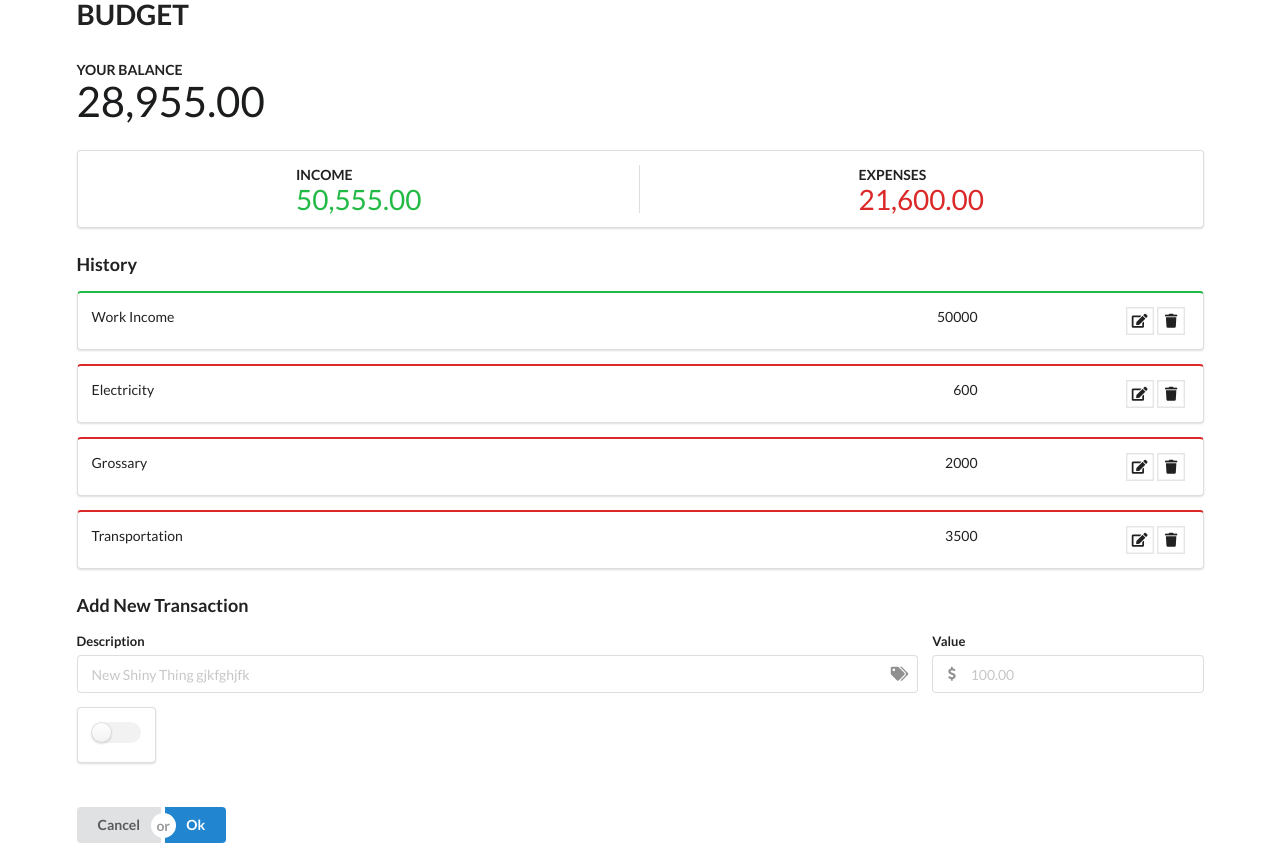
Repository: farrdy/budgets-react
Page: /
These files come from the project's save history. The page is drawn as it stood at one moment and after the next save; the edit follows.
The browser window is 1280 px wide. The pictures show the whole page.
The project was rebuilt for these pictures with package versions that can differ from the ones it lists, and the page was loaded fresh each time.

Above is the page before, as saved 2022-03-20 15:35:17.

### src/App.js
import {Container, Header } from 'semantic-ui-react';
import MainHeader from './components/MainHeader';
import NewEntryForm from './components/NewEntryForm';
import DisplayBalance from './components/DisplayBalance'
import DisplayBalances from './components/DisplayBalances';
import { useState } from 'react';
import EntryLines from './components/EntryLines';

function App() {

 const [entries, setEntries]=useState(initialEntries)

 function deleteEntry(id) {
  const result=entries.filter(entry=>entry.id!==id)
  setEntries(result);
}
function addEntry(Description, Value){
  const result=  entries.concat({id: entries.length+1,
     Description:Description,
     Value:Value});

      console.log(`result`, result);
      console.log(`entries`, entries);
     setEntries(result);
}
  return (
    <Container>
      <MainHeader />
      <DisplayBalance title="Your Balance" Value="28,955.00" Color="black" size="small" />
      <DisplayBalances/>
      <Header as='h3'>History</Header>
      <EntryLines entries={entries} deleteEntry={deleteEntry}/>
      <Header as='h3'>
        Add New Transaction
      </Header>
      <NewEntryForm addEntry={addEntry} />
    </Container>
  );
}

export default App;

var initialEntries=[
  {
    id:1,
    Description:'Work Income',
    Value:"50000" ,
    isExpense:false
  },
  {
    id:2,
    Description:'Electricity',
    Value:"600" ,
    isExpense:true
  },
  {
    id:3,
    Description:'Grossary',
    Value:"2000" ,
    isExpense:true
  },
  {
    id:4,
    Description:'Transportation',
    Value:"3500" ,
    isExpense:true
  }
]

### src/components/MainHeader.js
import React from 'react';
import { Header } from 'semantic-ui-react';

function MainHeader(props) {
    return <Header as='h1'>BUDGET</Header>
}

export default MainHeader;

### src/components/NewEntryForm.js
import React, { useState } from 'react';
import { Checkbox, Form, Segment } from 'semantic-ui-react';
import ButtonSaveOrCancel from './ButtonSaveOrCancel';

function NewEntryForm({addEntry}) {
const [Description, setDescription] = useState('');
const [Value, setValue] = useState('');
const [isExpense, setIsExpense] = useState(false)

    return (

        <Form unstackable >
            <Form.Group>
                <Form.Input
                    icon='tags'
                    width={12}
                    label='Description'
                    placeholder='New Shiny Thing gjkfghjfk'
                    value={Description}
                    onChange={(event)=>setDescription(event.target.value)}
                />
                <Form.Input
                    icon='dollar'
                    width={4}
                    label='Value'
                    iconPosition='left'
                    placeholder='100.00'
                    value={Value}
                    onChange={(event)=>setValue(event.target.value)}
                />
            </Form.Group>
            <Segment compact>
                <Checkbox toggle value='is expense'/>
            </Segment>
            <ButtonSaveOrCancel addEntry={addEntry}  Description={Description} Value={Value}/>

        </Form>

    );
}

export default NewEntryForm;

### src/components/DisplayBalance.js
import React from 'react';
import { Statistic } from 'semantic-ui-react'

function DisplayBalance({ title, Value, Color = "black", size = 'tiny' }) {
    return (
        <Statistic size={size} color={Color}>
            <Statistic.Label style={{ textAlign: 'left' }}>
                {title}
            </Statistic.Label>
            <Statistic.Value>
                {Value}
            </Statistic.Value>

        </Statistic>
    );
}

export default DisplayBalance;

### src/components/DisplayBalances.js
import React from 'react';
import { Grid, Segment } from 'semantic-ui-react';
import DisplayBalance from './DisplayBalance';

const DisplayBalances = () => {
    return (
        <Segment textAlign='center'>
        <Grid columns={2} divided>
          <Grid.Row>
            <Grid.Column>
              <DisplayBalance title="Income" Value="50,555.00" Color="green" />
            </Grid.Column>
            <Grid.Column>
              <DisplayBalance title="Expenses" Value="21,600.00" Color="red" /></Grid.Column>
          </Grid.Row>
        </Grid>
      </Segment>
    );
};

export default DisplayBalances;

### src/components/EntryLines.js
import React from 'react';
import { Container } from 'semantic-ui-react';
import EntryLine from './EntryLine';

const EntryLines = ({entries, deleteEntry}) => {
    return (
      <Container>
            {entries.map((entry)=>
            <EntryLine
                key={entry.id}
               {...entry}
               deleteEntry= {deleteEntry}

            />
            )}
      </Container>
    );
};

export default EntryLines;

### src/components/ButtonSaveOrCancel.js
import React from 'react';
import { Button } from 'semantic-ui-react';

function ButtonSaveOrCancel({addEntry, Description, Value}) {
    return (
        <Button.Group style={{ marginTop: 30 }}>
            <Button>Cancel</Button>
            <Button.Or></Button.Or>
            <Button primary onClick={()=>addEntry(Description, Value)}>Ok</Button>
        </Button.Group>
    );
}

export default ButtonSaveOrCancel;

### src/components/EntryLine.js
import React from 'react';
import { Grid, Icon, Segment } from 'semantic-ui-react';

const EntryLine = ({id, Description, Value, isExpense=false, deleteEntry}) => {
    return (
        <Segment color={isExpense? 'red':'green'}>
        <Grid columns={3} textAlign='right'>
          <Grid.Row>
            <Grid.Column width={10} textAlign='left'>{Description}</Grid.Column>
            <Grid.Column width={3} textAlign='right'>{Value}</Grid.Column>
            <Grid.Column width={3}>
              <Icon name='edit' bordered />
              <Icon name='trash' bordered onClick={()=>deleteEntry(id)} />
            </Grid.Column>
          </Grid.Row>
        </Grid>
      </Segment>
    );
};

export default EntryLine;

Loaded but not shown: public/index.html (common file); src/index.js (common file); src/index.css (common file); src/reportWebVitals.js (common file)

After the next save:
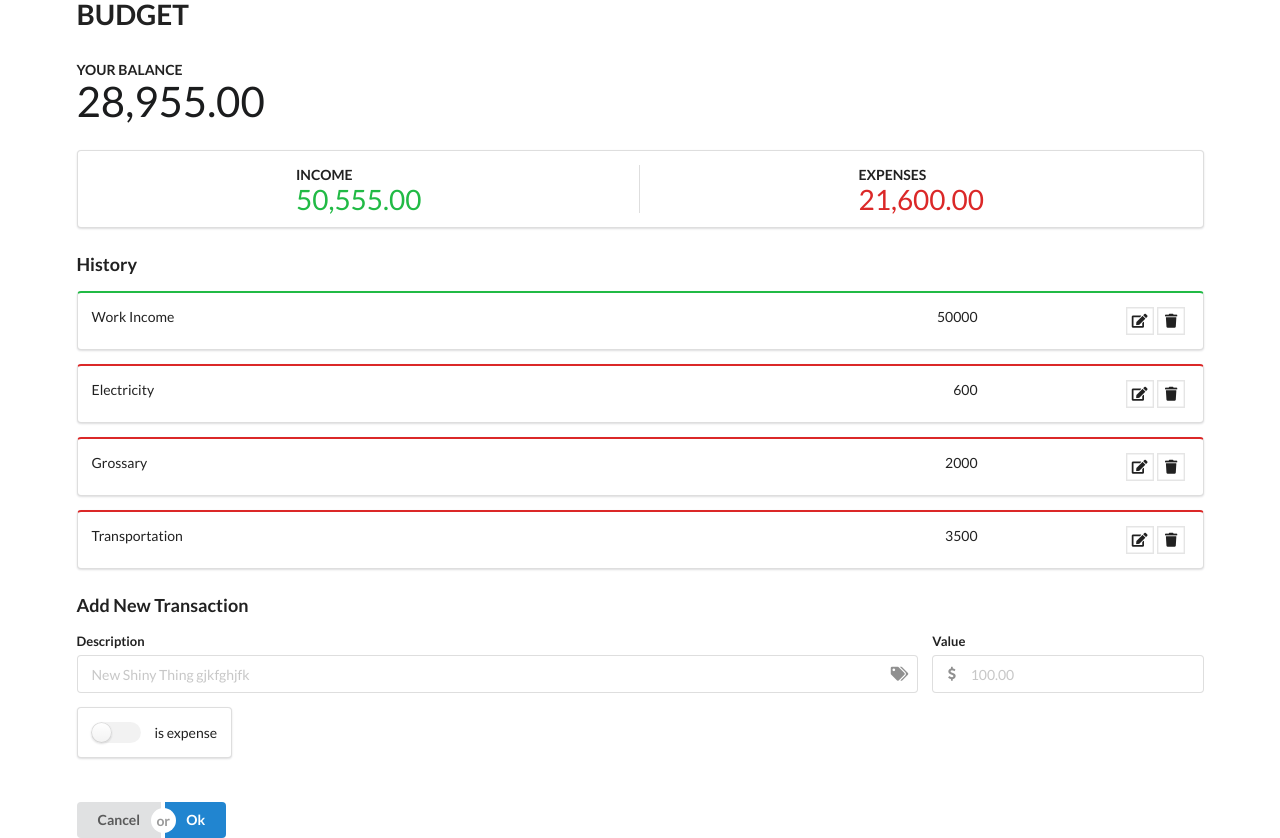
Saved 34 s later.
--- a/src/components/NewEntryForm.js
+++ b/src/components/NewEntryForm.js
@@ -30,7 +30,7 @@ const [isExpense, setIsExpense] = useState(false)
                 />
             </Form.Group>
             <Segment compact>
-                <Checkbox toggle value='is expense'/>
+                <Checkbox toggle label='is expense'/>
             </Segment>
             <ButtonSaveOrCancel addEntry={addEntry}  Description={Description} Value={Value}/>
 
